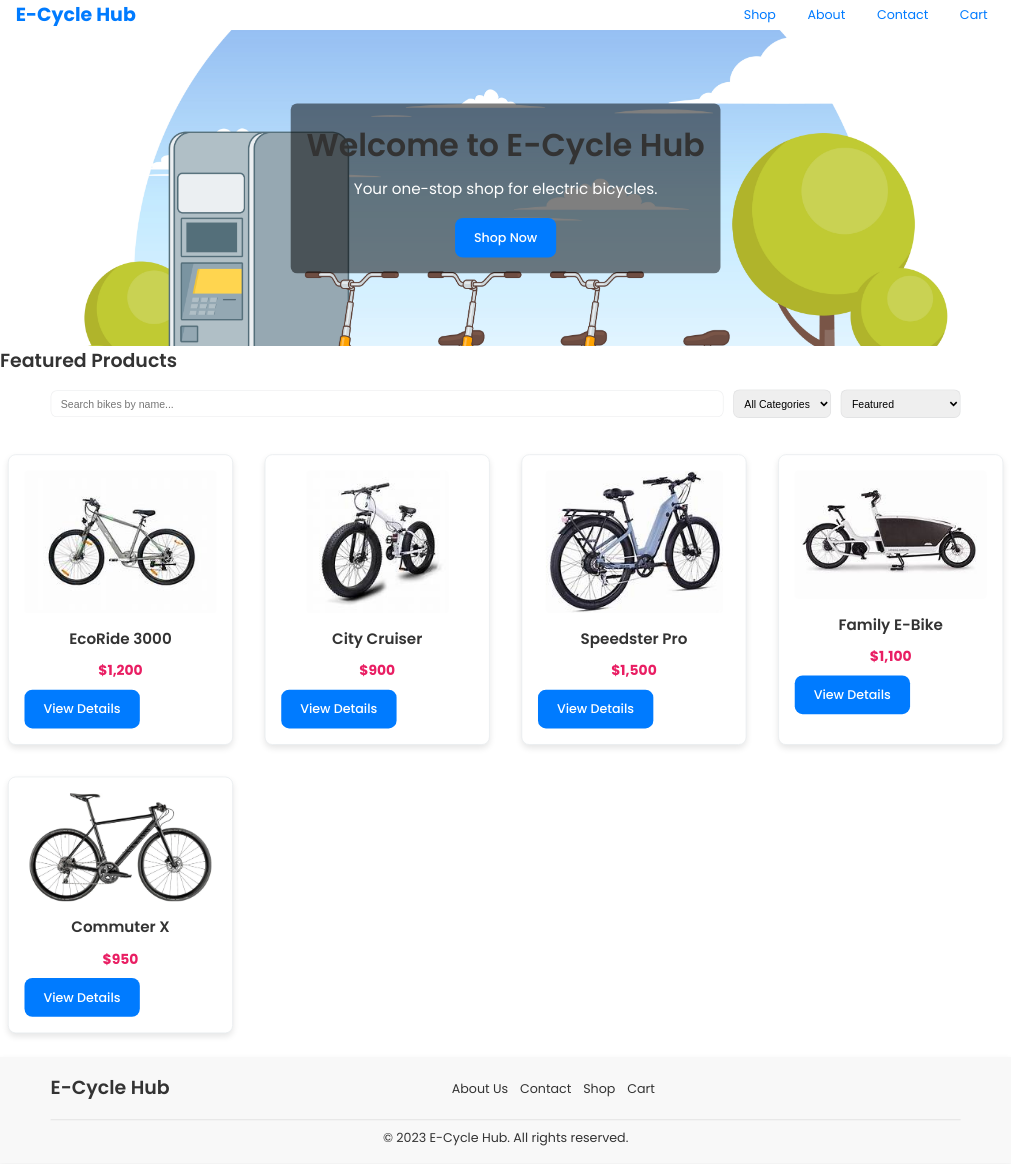
Repository: Rutuja-g/E-Cycle-Hub
Page: public/index.html
These files come from the project's save history. The page is drawn as it stood at one moment and after the next save; the edit follows.
The browser window is 1280 px wide. The pictures show the whole page, at 79% of full size.

Above is the page before, as saved 2025-10-24 15:43:07.

After the next save:
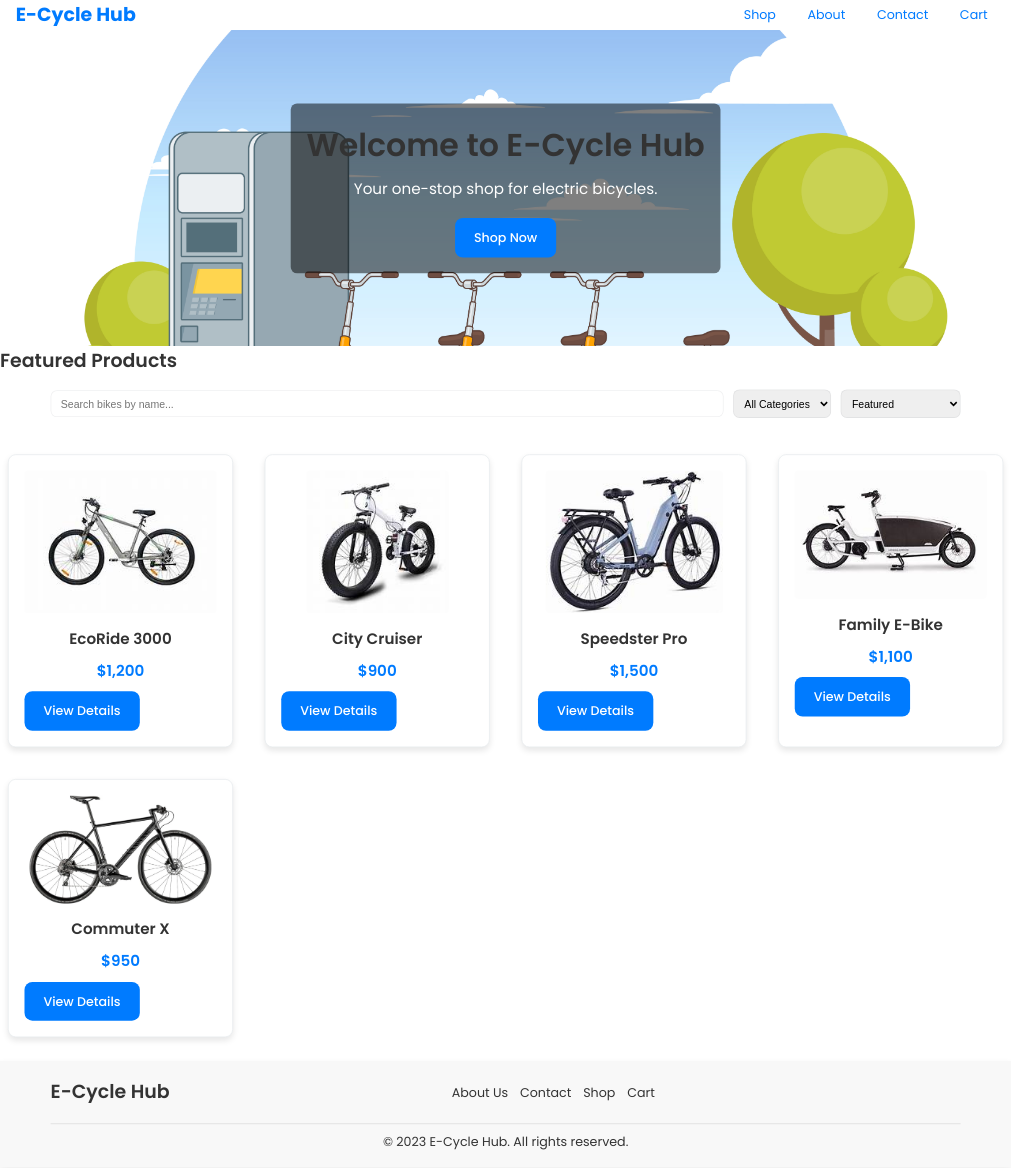
Saved 6 s later.
--- a/public/css/main.css
+++ b/public/css/main.css
@@ -232,9 +232,9 @@ nav {
 }
 
 .card .price {
-  color: var(--price-color, #e91e63);
-  font-weight: bold;
-  font-size: 1.1em;
+  color: var(--primary-color);
+  font-weight: 600;
+  font-size: 1.2em;
 }
 
 .card .btn {
